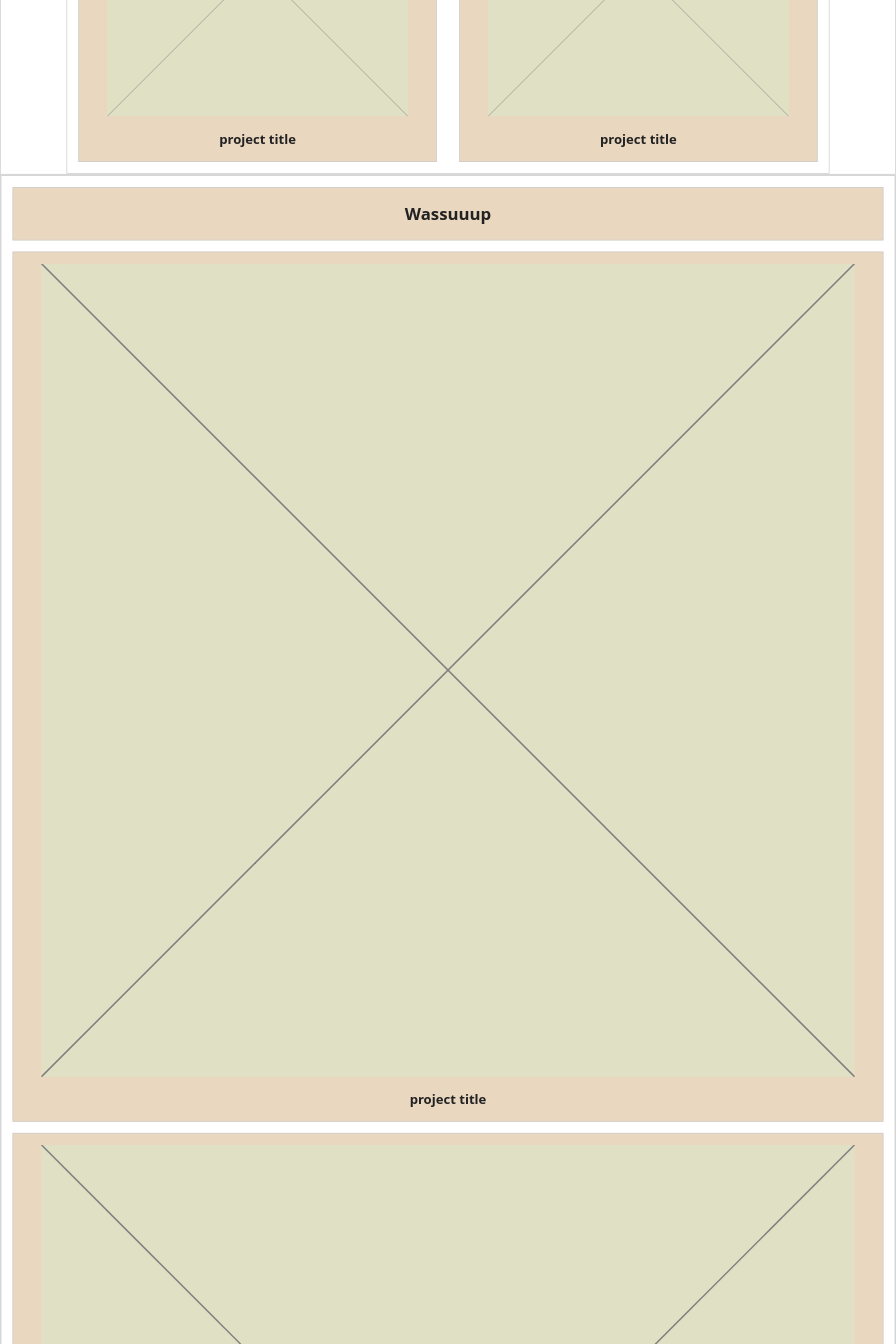
Repository: eilidhma/metrolics
Page: index.html
These files come from the project's save history. The page is drawn as it stood at one moment and after the next save; the edit follows.
The browser window is 1280 px wide. The pictures show the part of the page from y = 2599 to 4519 px (the page is 15659 px tall before and 10168 px after), at 70% of full size.

Above is the page before, as saved 2021-02-02 17:20:04.

After the next save:
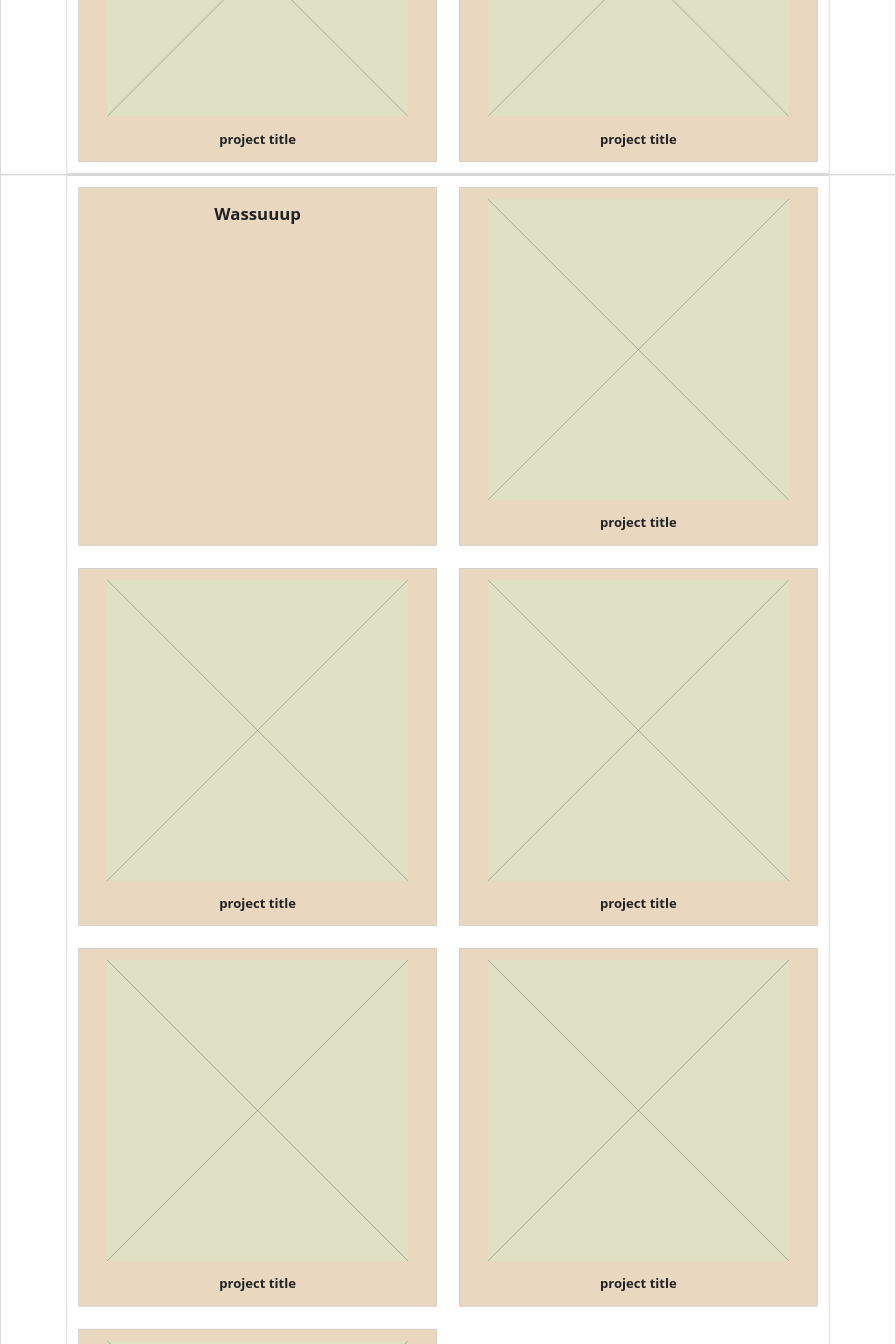
Saved 5 s later.
--- a/index.html
+++ b/index.html
@@ -409,7 +409,7 @@
   </section> <!-- projects-new ends here -->
 
   <section class="projects">
-    <div class="row-col2">
+    <div class="row col-2">
       <div class="column">
         <h2 class="heading">
           Wassuuup
